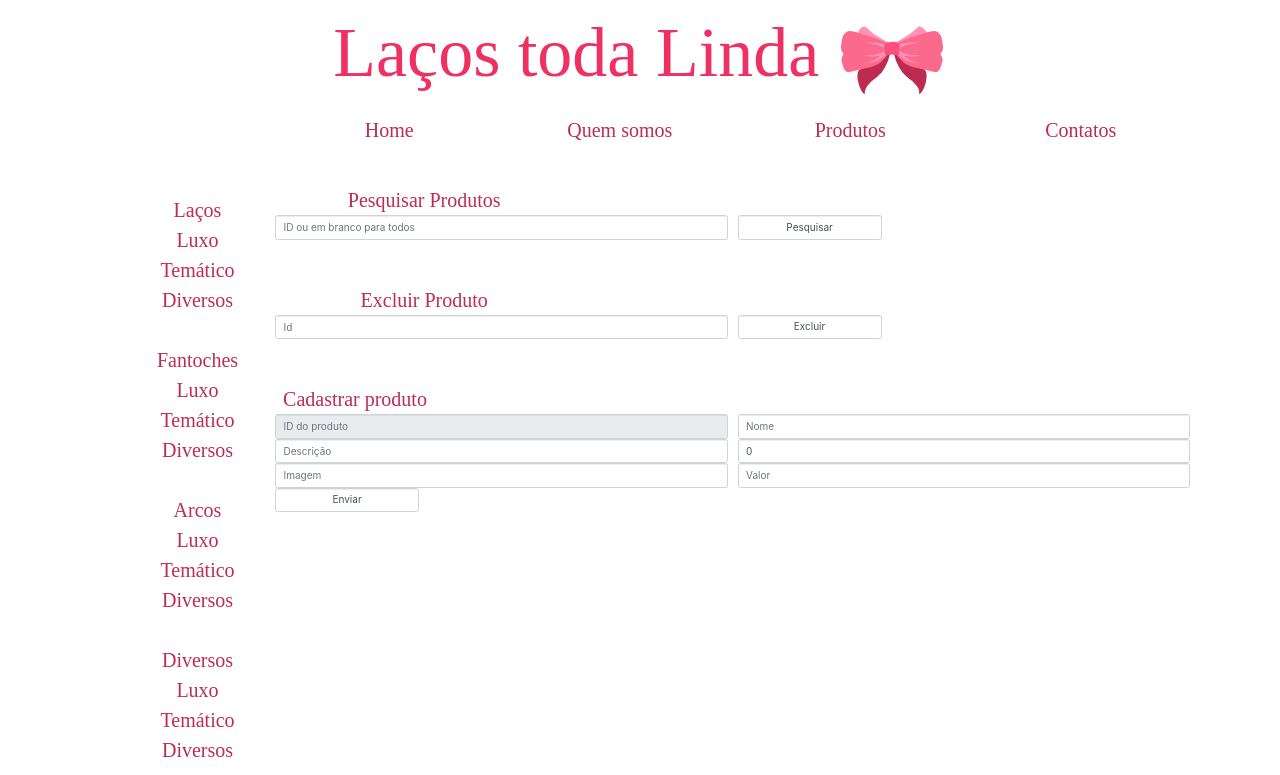
Repository: felipe-camilo/projin2
Page: http://localhost/projetointegrador/admin.jsp
The author's editor kept a copy of each file at every save. The page is drawn from the files as they stood at one save, then again after the next save.
The browser window is 1280 px wide. The pictures show the whole page.
Some web fonts or font styles are not loaded; a fallback is used. The page is served by Tomcat 9.

Above is the page before, as saved 2022-03-30 01:33:40.

After the next save:
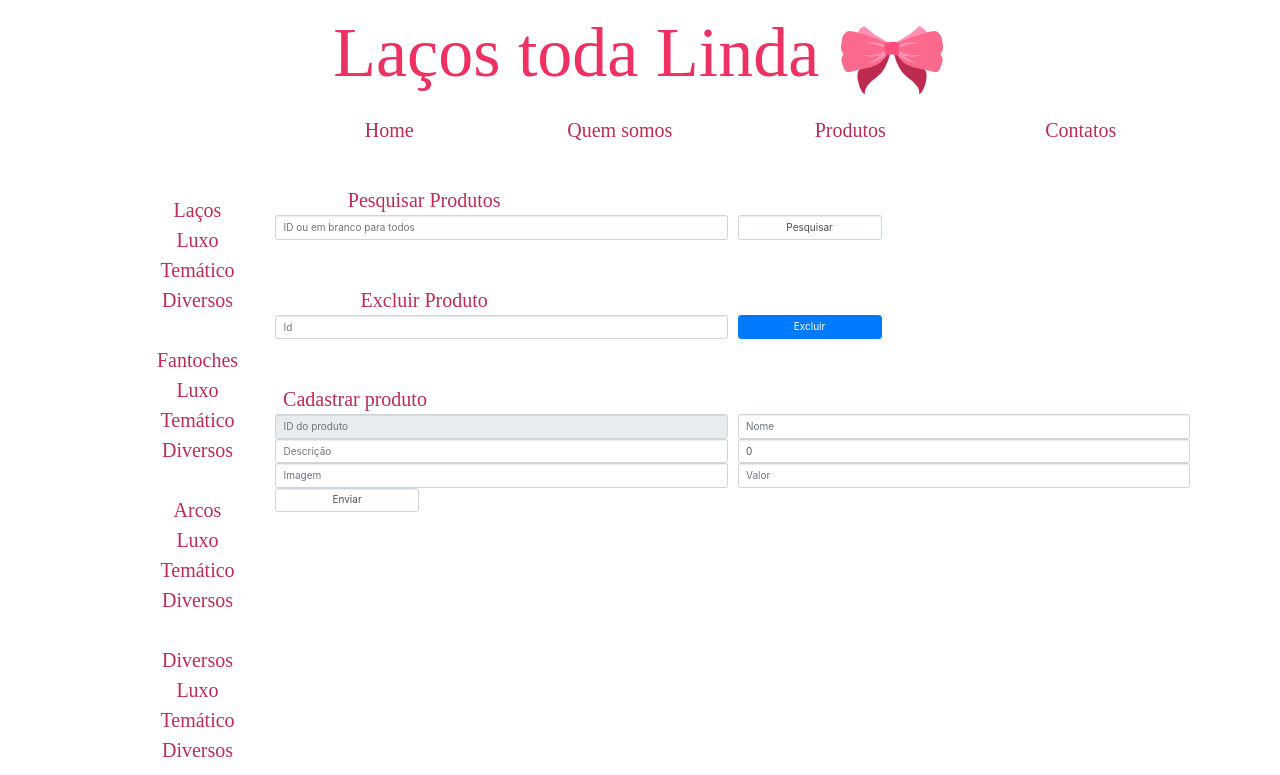
Saved 2 min 2 s later.
--- a/projetointegrador/src/main/webapp/admin.jsp
+++ b/projetointegrador/src/main/webapp/admin.jsp
@@ -182,7 +182,7 @@
 									name="pesquisa" placeholder="Entre com o ID:" required>
 							</div>
 							<div class="col-2">
-								<input class="form-control" type="submit" name="Excluir"
+								<input class="form-control btn-primary" type="submit" name="Excluir"
 									value="Excluir">
 							</div>
 						</div>
